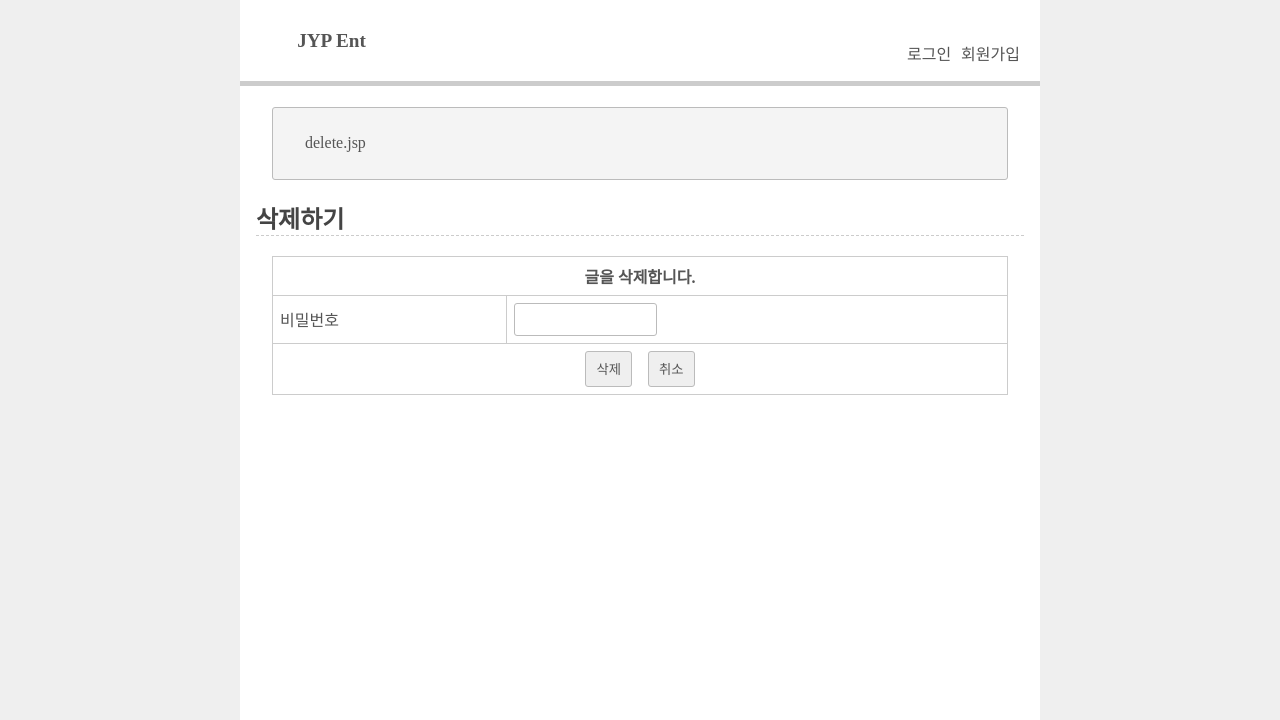
Repository: junyong231/JSP-SSIT
Page: http://localhost/jspPro/days07/board/delete.jsp
An editor plug-in stored every save of this project. The page is shown before and after the next save, followed by the edit.
The browser window is 1280 px wide. The pictures show the whole page.
Some web fonts or font styles are not loaded; a fallback is used. The page is served by Tomcat 9.

Above is the page before, as saved 2024-10-21 03:10:33.

After the next save:
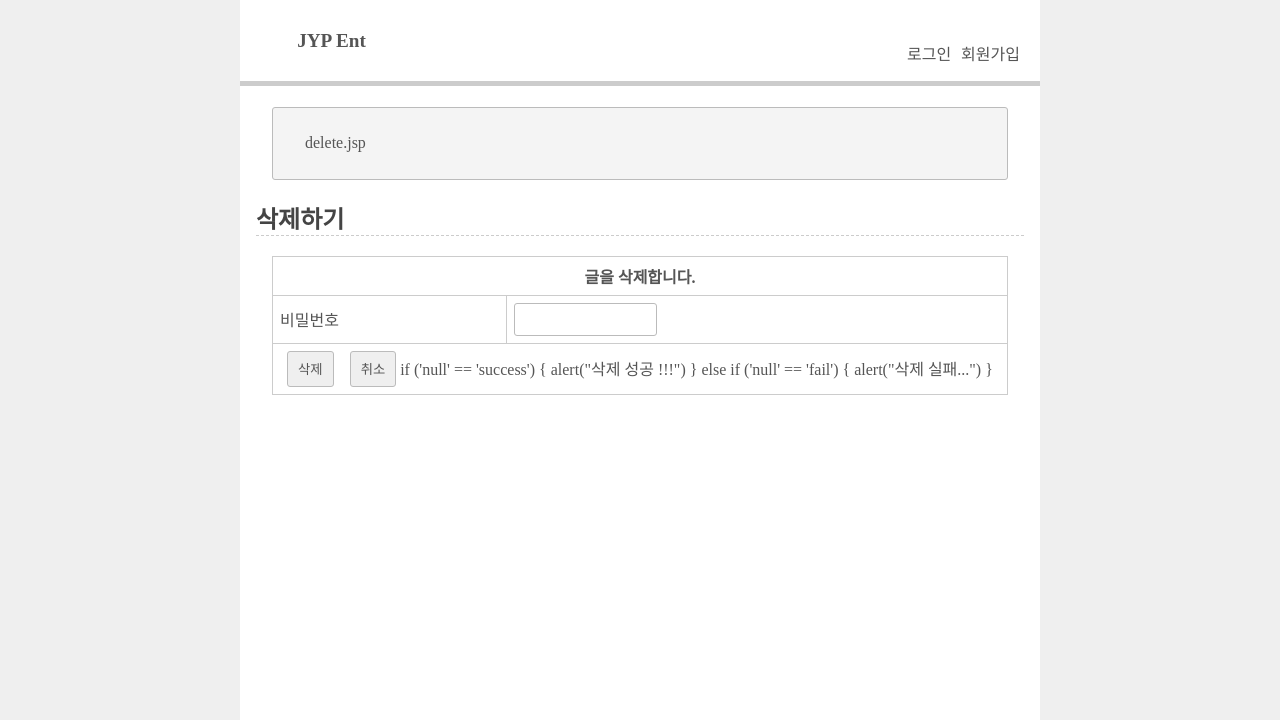
Console error (its wording comes from the project's code and is left out).
Saved 61 s later.
--- a/jspPro/src/main/webapp/days07/board/delete.jsp
+++ b/jspPro/src/main/webapp/days07/board/delete.jsp
@@ -48,7 +48,7 @@
         <td colspan="2" align="center">
           <input type="submit" value="삭제">
           &nbsp;&nbsp;
-          <input type="button" value="취소" id="cancel">
+          <input type="button" value="취소" id="cancel" onclick = "location.href=view.htm>
         </td>
       </tr>
     </table>

After the 2 saves that followed:
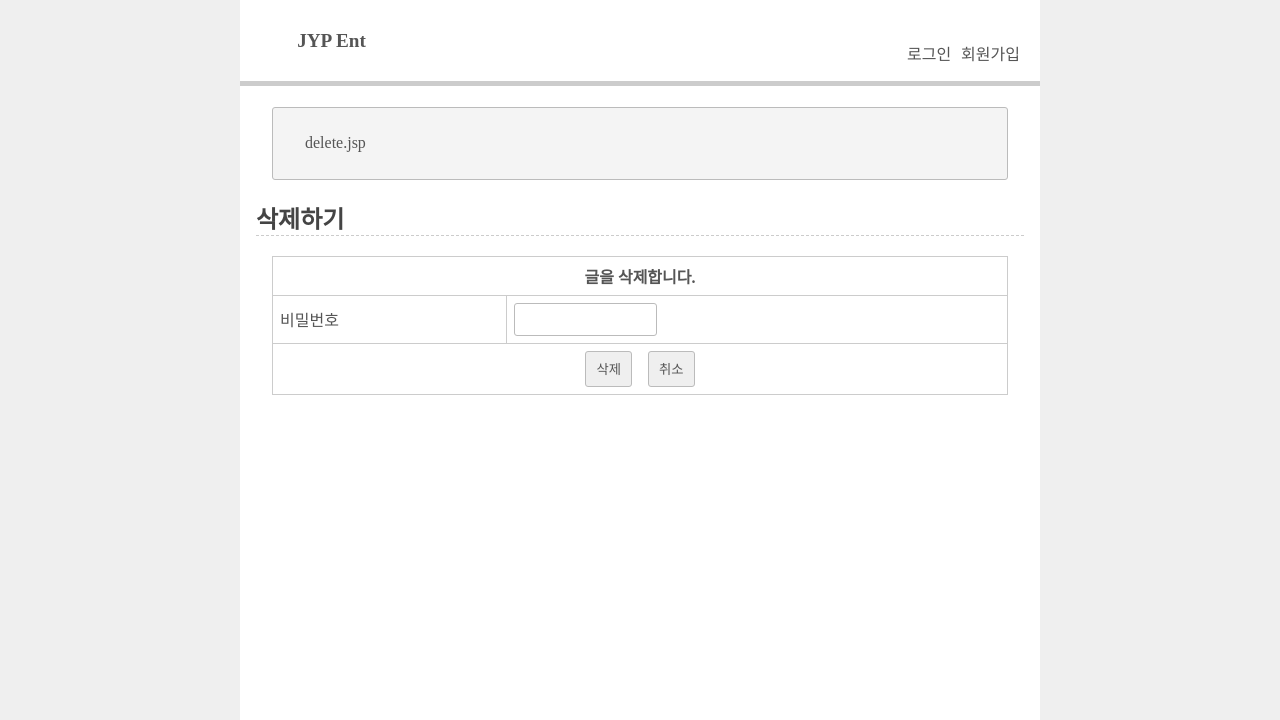
The error is gone.
The 2 saves are shown as one change because 1 left the picture as it was.
The last was saved 8 s later.
--- a/jspPro/src/main/webapp/days07/board/delete.jsp
+++ b/jspPro/src/main/webapp/days07/board/delete.jsp
@@ -48,7 +48,7 @@
         <td colspan="2" align="center">
           <input type="submit" value="삭제">
           &nbsp;&nbsp;
-          <input type="button" value="취소" id="cancel" onclick = "location.href=view.htm>
+          <input type="button" value="취소" id="cancel" onclick = "location.href=list.htm">
         </td>
       </tr>
     </table>
